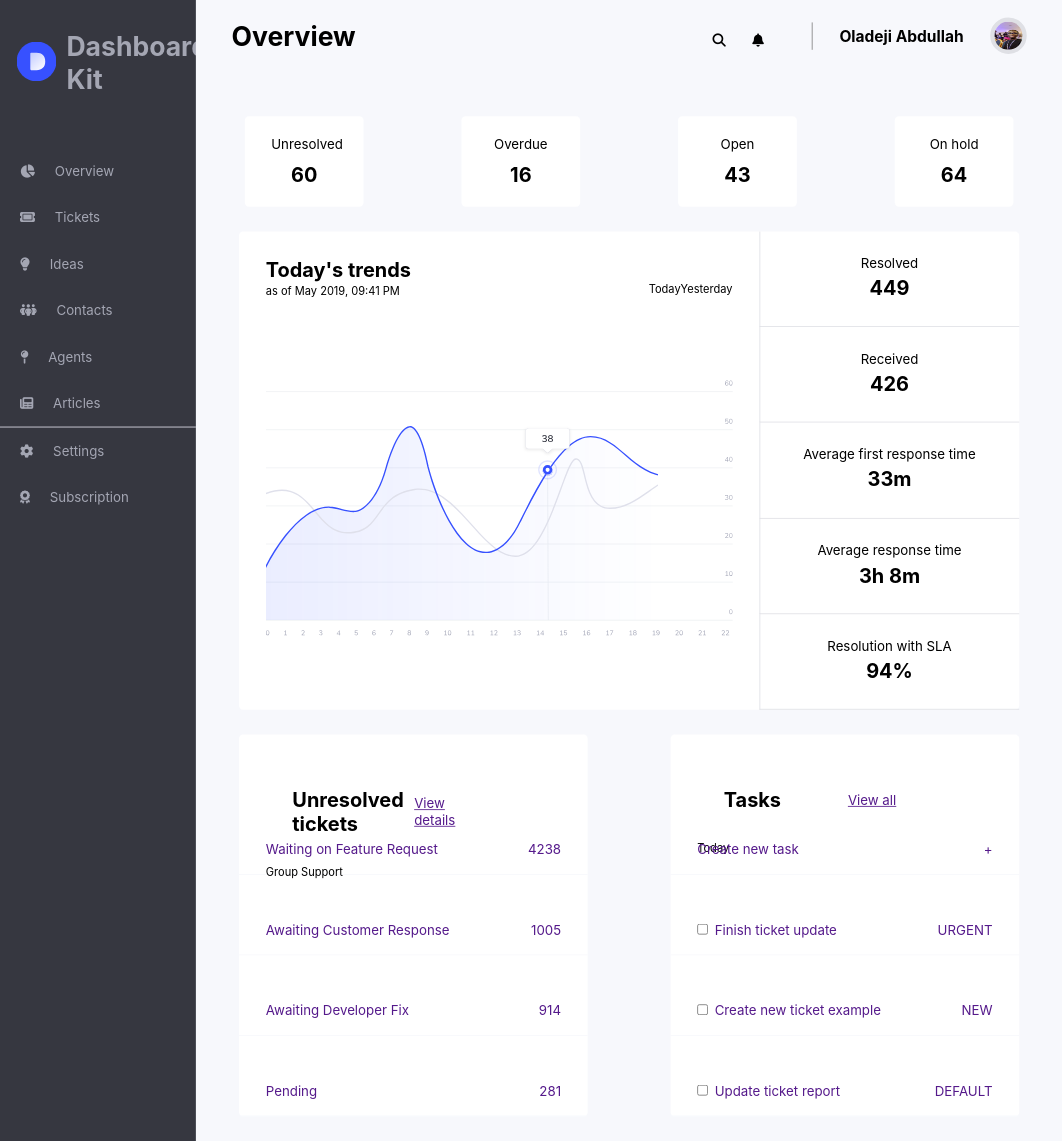
Repository: BuduCE/dashboard
Page: /
The author's editor kept a copy of each file at every save. The page is drawn from the files as they stood at one save, then again after the next save.
The browser window is 1280 px wide. The pictures show the whole page, at 83% of full size.
Some web libraries are served in a nearby version. The project was rebuilt for these pictures with package versions that can differ from the ones it lists, and the page was loaded fresh each time. Also part of the build but not shown: src/pages/Tickets/index.jsx.

Above is the page before, as saved 2022-08-06 00:05:49.

After the next save:
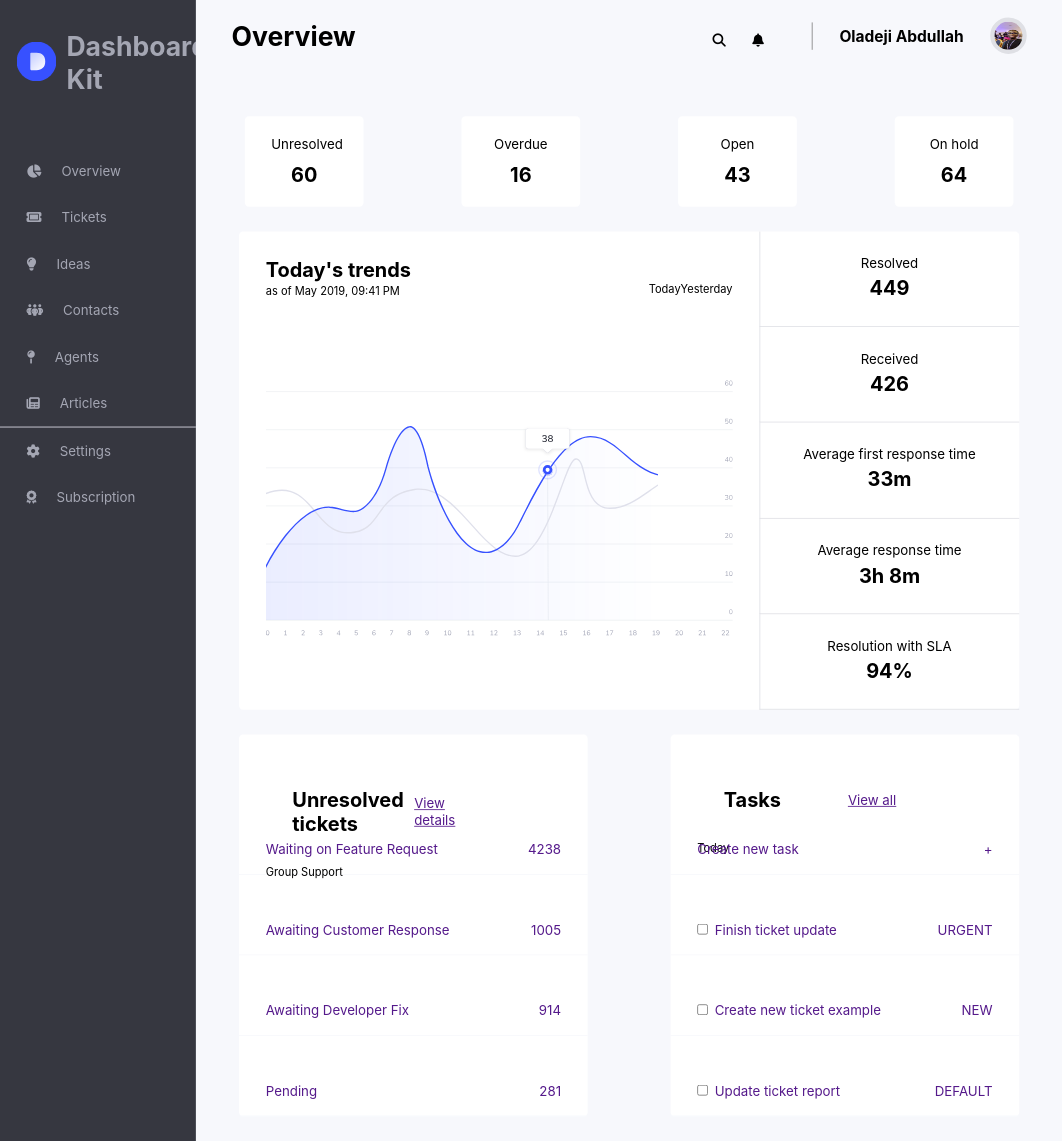
Saved 39 s later.
--- a/src/components/common/SideNav/styles.css
+++ b/src/components/common/SideNav/styles.css
@@ -20,7 +20,7 @@
 .heading{
     width: 100%;
     display: flex;
-    padding: 18px 24px;
+    padding: 18px 32px;
     align-items: center;
 }
 .heading p{
